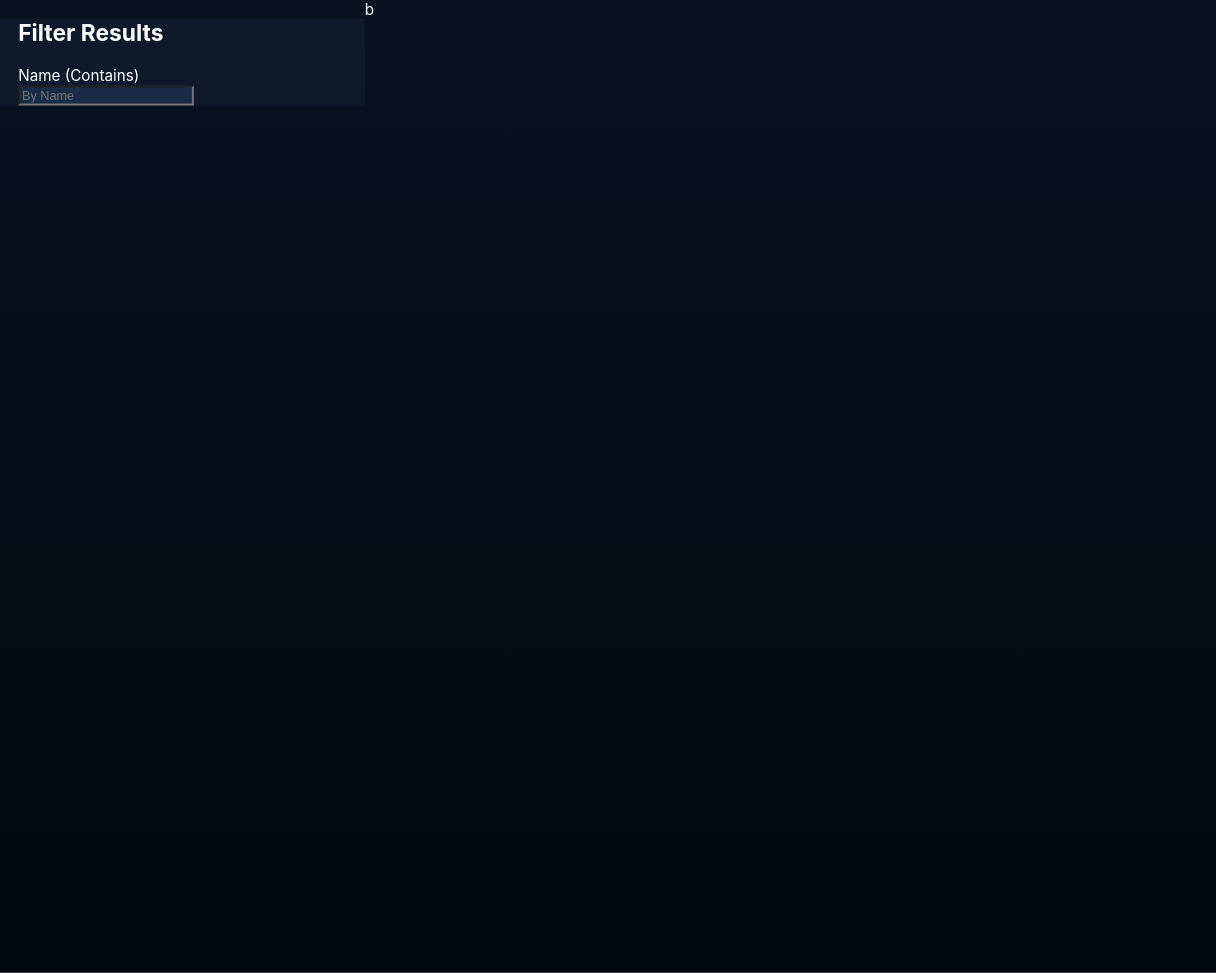
Repository: seyicoded/testestech
Page: /
An editor plug-in stored every save of this project. The page is shown before and after the next save, followed by the edit.
The browser window is 1280 px wide. The pictures show the whole page, at 95% of full size.
The project was rebuilt for these pictures with package versions that can differ from the ones it lists, and the page was loaded fresh each time.

Above is the page before, as saved 2022-02-07 13:42:56.

### src/App.js
import logo from './logo.svg';
import './App.css';

function App() {
  return (
    <div className="App">
      <div className="Container">

        <div className='left'>
          <div className='card'>
            <h2>Filter Results</h2>

            <div>
              <label>Name (Contains)</label>
              <br />
              <input placeholder='By Name'/>
            </div>
          </div>
        </div>

        <div className='right'>
          b
        </div>

      </div>
    </div>
  );
}

export default App;

### src/App.css
.App {
  width: 100%;
  height: 100%;
  flex: 1;
}

/* .App-logo {
  height: 40vmin;
  pointer-events: none;
} */

/* @media (prefers-reduced-motion: no-preference) {
  .App-logo {
    animation: App-logo-spin infinite 20s linear;
  }
} */

/* .App-header {
  background-color: #282c34;
  min-height: 100vh;
  display: flex;
  flex-direction: column;
  align-items: center;
  justify-content: center;
  font-size: calc(10px + 2vmin);
  color: white;
} */

.App-link {
  color: #61dafb;
}

@keyframes App-logo-spin {
  from {
    transform: rotate(0deg);
  }
  to {
    transform: rotate(360deg);
  }
}

.Container{
  display: flex;
  flex: 1;
  height: 1024px;
  max-height: 100%;
  width: 100%;
  flex-direction: row;
  /* background: Vertical linear-gradient #081221 to #03080f; */
  background: linear-gradient(#081221, #03080f);
  padding: 15;
  color: white;
}

.Container .left{
  width: 30%;
  height: 100%;
}

.Container .right{
  flex: 1;
  height: 100%;
}

.Container .left .card{
  padding: 40;
  padding-left: 5%;
  background: #0e1a2b;
}
.Container .left .card .content{
  display: block;
  text-align: left;
}
.Container .left .card input {
  background: #182c47;
}

Loaded but not shown: public/index.html (common file); src/index.js (common file); src/index.css (common file); src/reportWebVitals.js (common file)

After the next save:
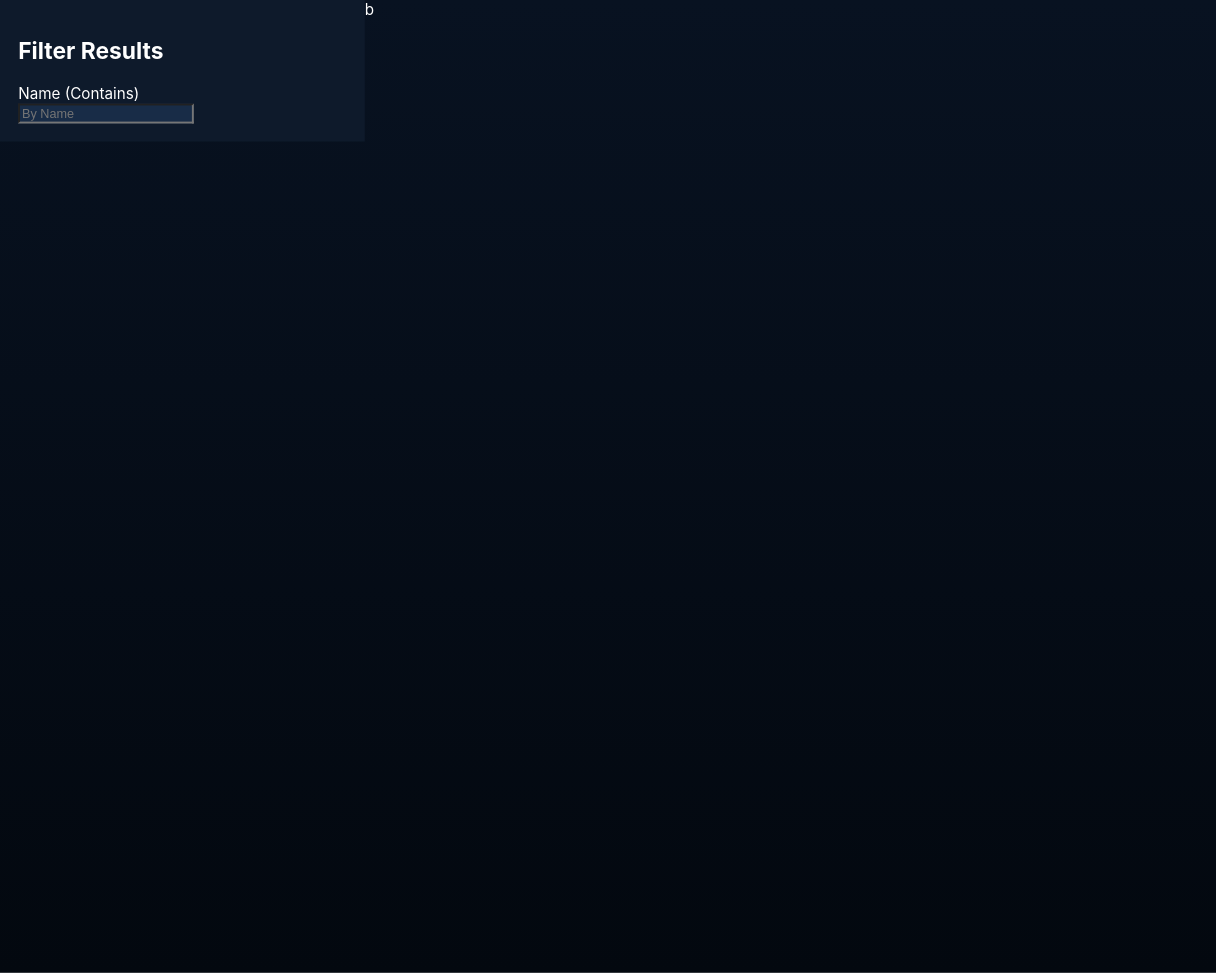
Saved 6 s later.
--- a/src/App.css
+++ b/src/App.css
@@ -64,7 +64,7 @@
 
 .Container .left .card{
   padding: 40;
-  padding-left: 5%;
+  padding: 5%;
   background: #0e1a2b;
 }
 .Container .left .card .content{
